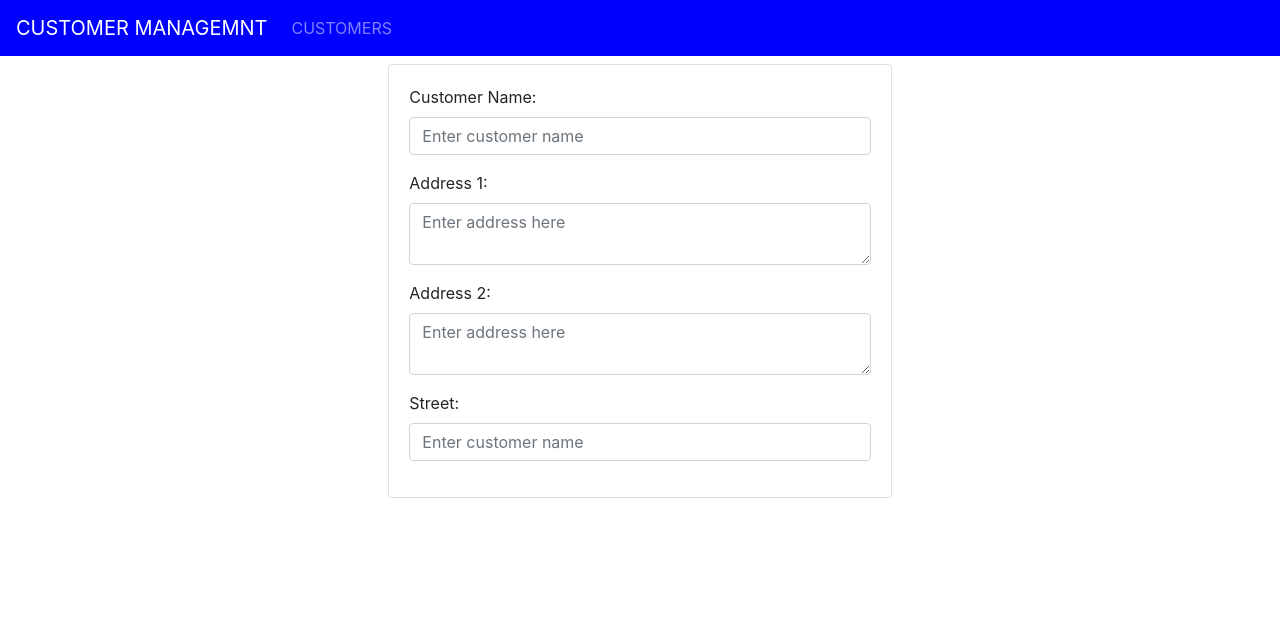
Repository: shruti-2522/webdirekt-assignment
Page: http://localhost/Customer-Project/customer-form.jsp
The author's editor kept a copy of each file at every save. The page is drawn from the files as they stood at one save, then again after the next save.
The browser window is 1280 px wide. The pictures show the whole page.
The page is served by Tomcat 9. Other server files are loaded and not shown.

Above is the page before, as saved 2021-07-05 10:37:39.

### Customer-Project/src/main/webapp/customer-form.jsp
<%@ page language="java" contentType="text/html; charset=ISO-8859-1"
	pageEncoding="ISO-8859-1"%>
<!DOCTYPE html>
<html>
<head>
<meta charset="ISO-8859-1">
<title>Add Customer</title>
<link rel="stylesheet"
	href="https://cdn.jsdelivr.net/npm/bootstrap@4.5.3/dist/css/bootstrap.min.css"
	integrity="sha384-TX8t27EcRE3e/ihU7zmQxVncDAy5uIKz4rEkgIXeMed4M0jlfIDPvg6uqKI2xXr2"
	crossorigin="anonymous">
</head>
<body>

	<header>
		<nav class="navbar navbar-expand-md navbar-dark"
			style="background-color: blue">
			<div>
				<a class="navbar-brand">CUSTOMER MANAGEMNT</a>
			</div>

			<ul class="navbar-nav">
				<li><a href="<%=request.getContextPath()%>/list"
					class="nav-link">CUSTOMERS</a></li>
			</ul>
		</nav>


	</header>

	<div class="container col-md-5 mt-2">
		<div class="card">
			<div class="card-body">

				<fieldset class="form-group">
					<label>Customer Name:</label> <input type="text"
						class="form-control" placeholder="Enter customer name" name="name"
						required>
				</fieldset>


				<fieldset class="form-group">
					<label>Address 1:</label>
					<textarea class="form-control" name="addr1" placeholder="Enter address here" ></textarea>
			</fieldset>



				<fieldset class="form-group">
					<label>Address 2:</label>
					<textarea class="form-control" name="addr2" placeholder="Enter address here" ></textarea>
			</fieldset>

			<fieldset class="form-group">
					<label>Street:</label> <input type="text"
						class="form-control" placeholder="Enter customer name" name="street"
						>
				</fieldset>



			</div>

		</div>
	</div>




</body>
</html>

After the next save:
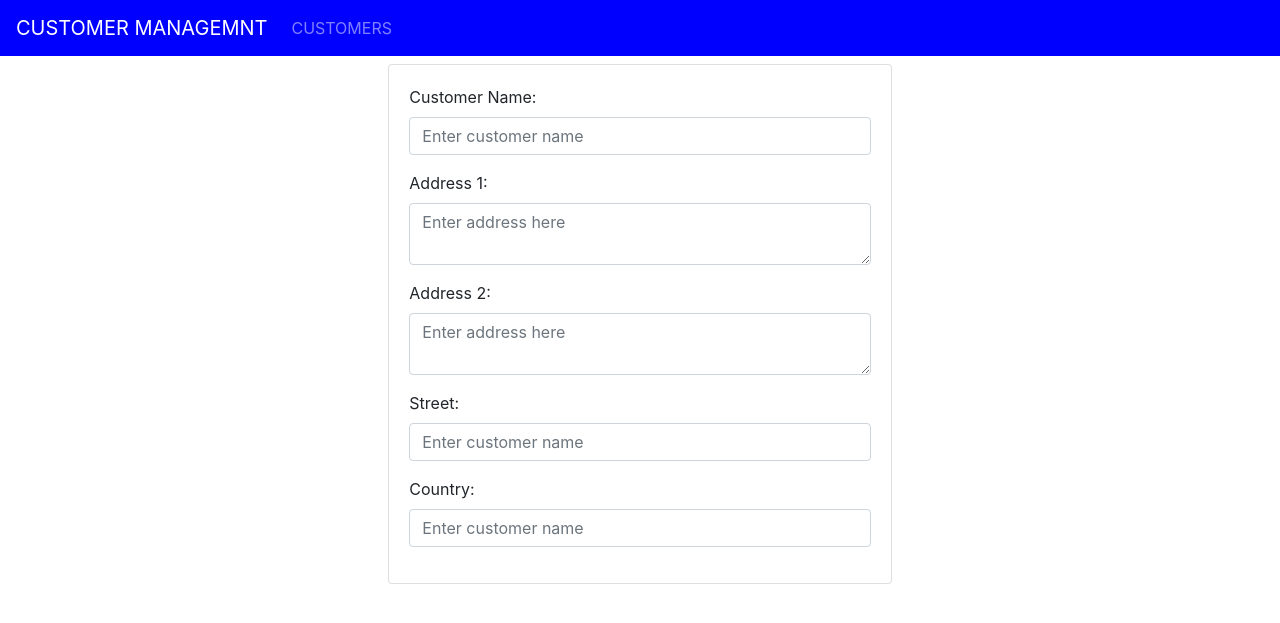
Saved 26 s later.
--- a/Customer-Project/src/main/webapp/customer-form.jsp
+++ b/Customer-Project/src/main/webapp/customer-form.jsp
@@ -58,6 +58,13 @@
 				</fieldset>
 
 
+			<fieldset class="form-group">
+					<label>Country:</label> <input type="text"
+						class="form-control" placeholder="Enter customer name" name="street"
+						>
+				</fieldset>
+
+
 
 			</div>
 
